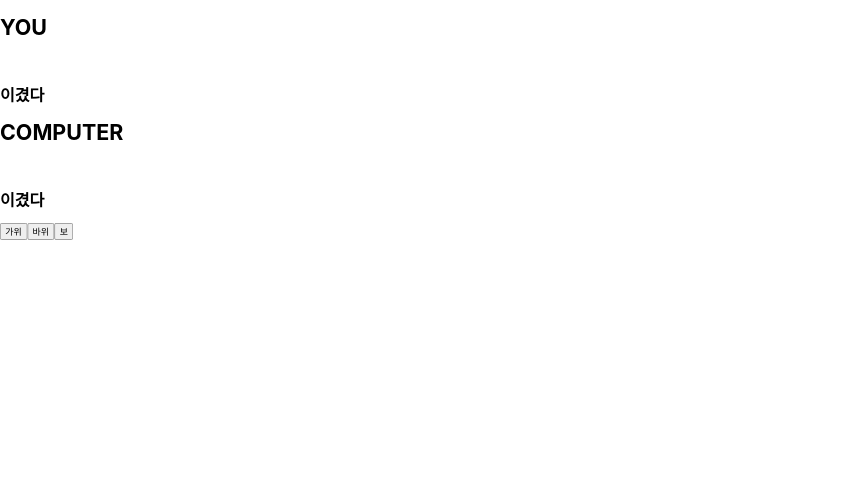
Repository: KIMMIHYE12/classComponent
Page: /
An editor plug-in stored every save of this project. The page is shown before and after the next save, followed by the edit.
The browser window is 1280 px wide. The pictures show the whole page, at 67% of full size.
The project was rebuilt for these pictures with package versions that can differ from the ones it lists, and the page was loaded fresh each time. Also part of the build but not shown: src/App.css.

Above is the page before, as saved 2024-03-18 20:01:13.

### src/App.js
import "./App.css";
import { Box } from "./component/Box";

function App() {
  return (
    <>
      <div>
        <Box title='YOU' />
        <Box title='COMPUTER' />
      </div>
      <div>
        <button>가위</button>
        <button>바위</button>
        <button>보</button>
      </div>
    </>
  );
}

export default App;

### src/component/Box.js
import React from "react";

export const Box = (props) => {
  console.log(props);
  return (
    <div>
      <h1>{props.title}</h1>
      <img src='' />
      <h2>이겼다</h2>
    </div>
  );
};

Loaded but not shown: public/index.html (common file); src/index.js (common file); src/index.css (common file); src/reportWebVitals.js (common file)

After the next save:
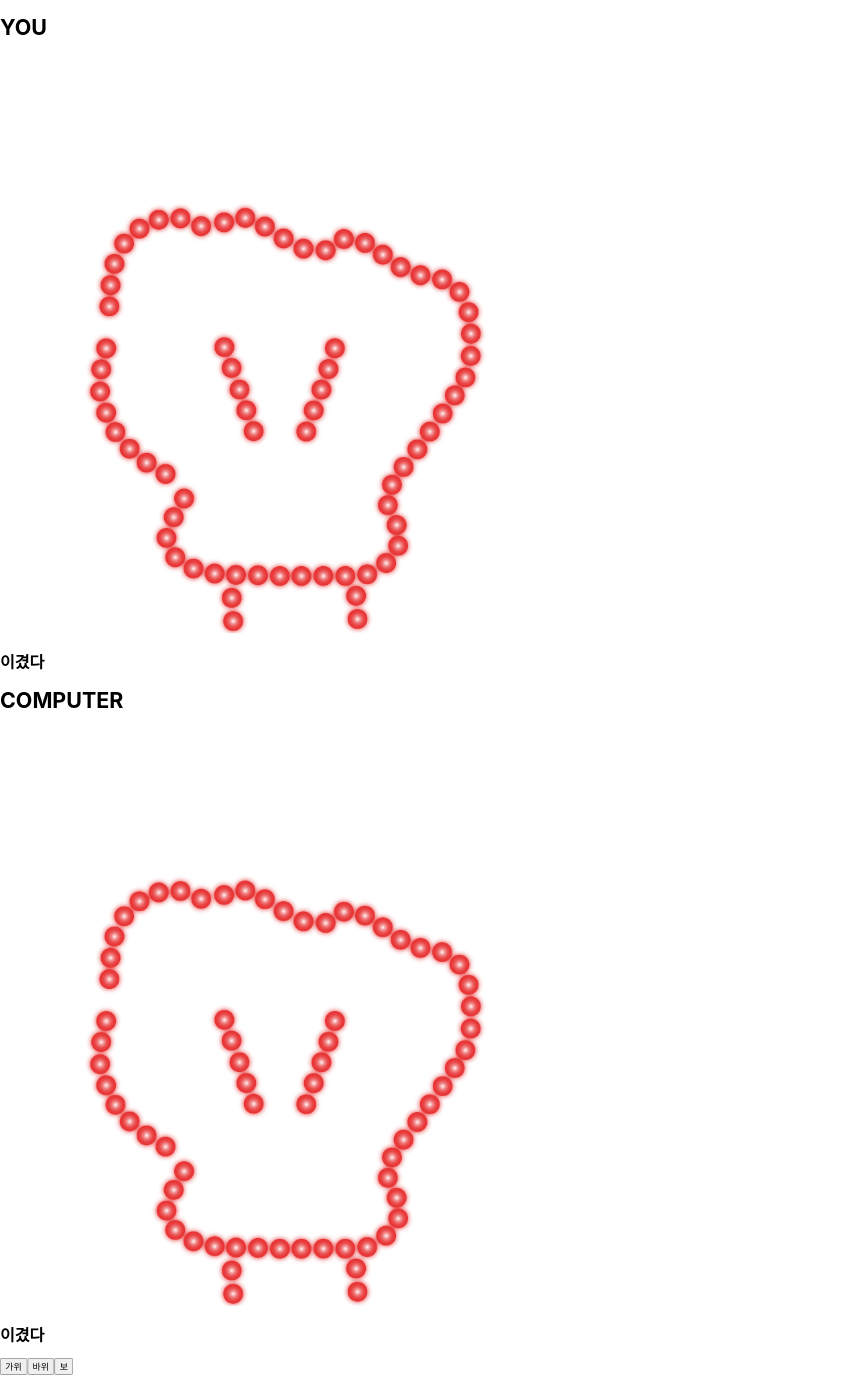
Saved 8 min 29 s later.
--- a/src/component/Box.js
+++ b/src/component/Box.js
@@ -5,7 +5,7 @@ export const Box = (props) => {
   return (
     <div>
       <h1>{props.title}</h1>
-      <img src='' />
+      <img src='./images/rock.png' />
       <h2>이겼다</h2>
     </div>
   );
